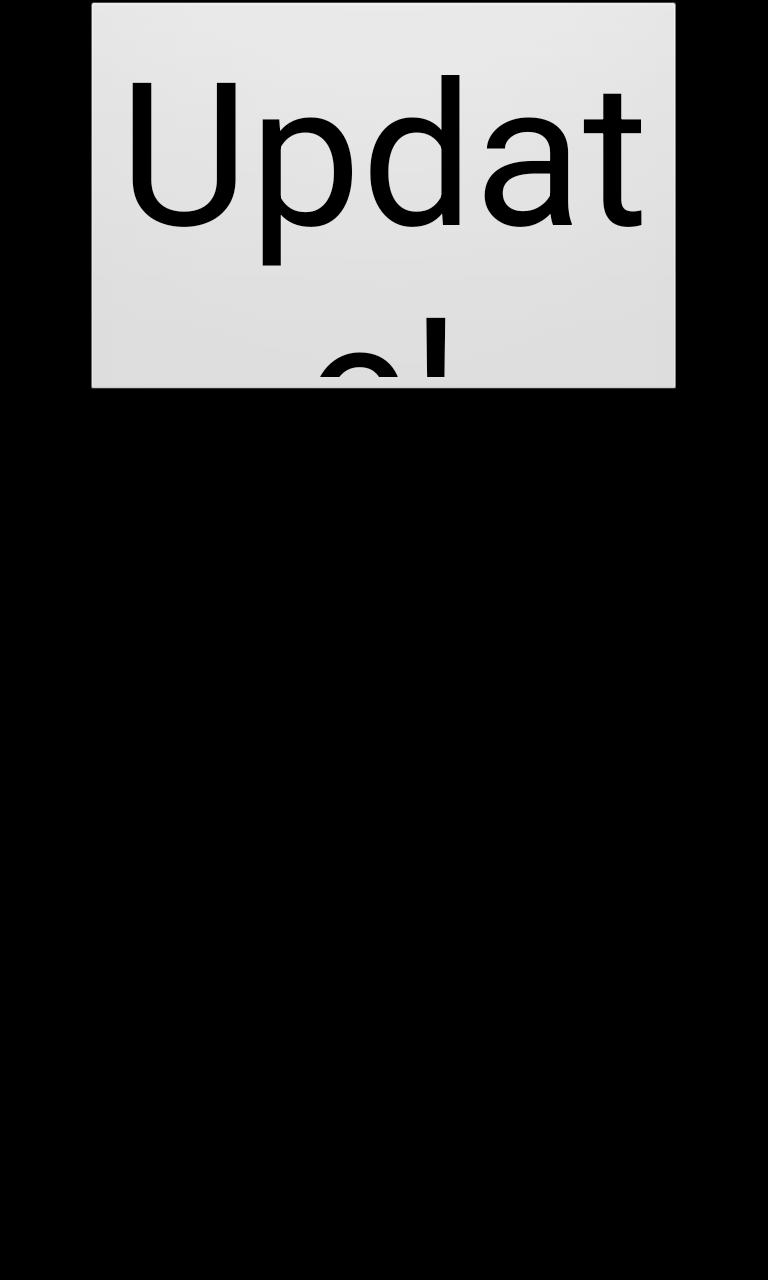
Repository: hgrateam/HangaramAPP_OLD-v2.0.6
Layout: HangaramAPP/res/layout/dbupdate.xml
An editor plug-in stored every save of this project. The layout is shown before and after the next save, followed by the edit.
It is drawn on a 768 x 1280 px phone screen (xhdpi) without system bars, with theme android:Theme.Black.NoTitleBar; the app's code is not run.

Above is the layout before, as saved 2012-07-14 09:33:18.

After the next save:
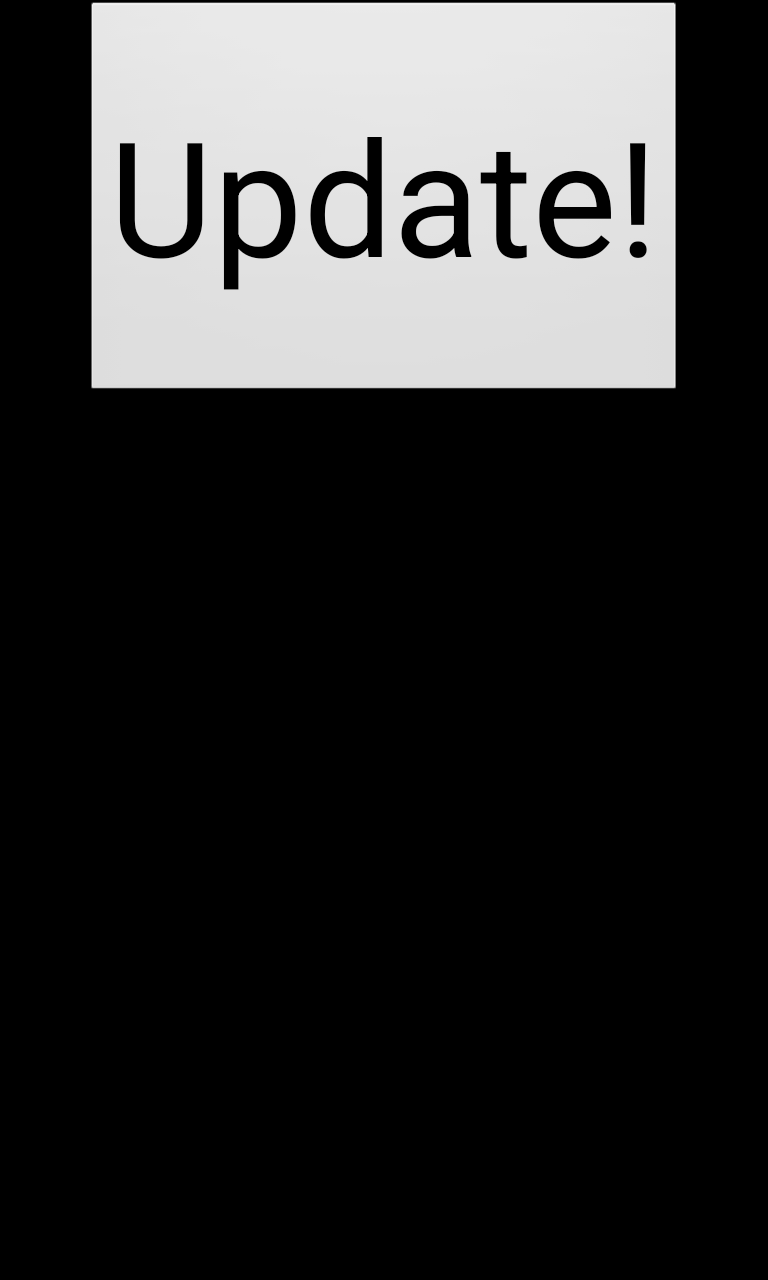
Saved 6 s later.
--- a/HangaramAPP/res/layout/dbupdate.xml
+++ b/HangaramAPP/res/layout/dbupdate.xml
@@ -11,6 +11,6 @@
         android:layout_gravity="center|top"
         android:gravity="center"
         android:text="Update!"
-        android:textSize="100dp"/>
+        android:textSize="80dp"/>
 
 </LinearLayout>
